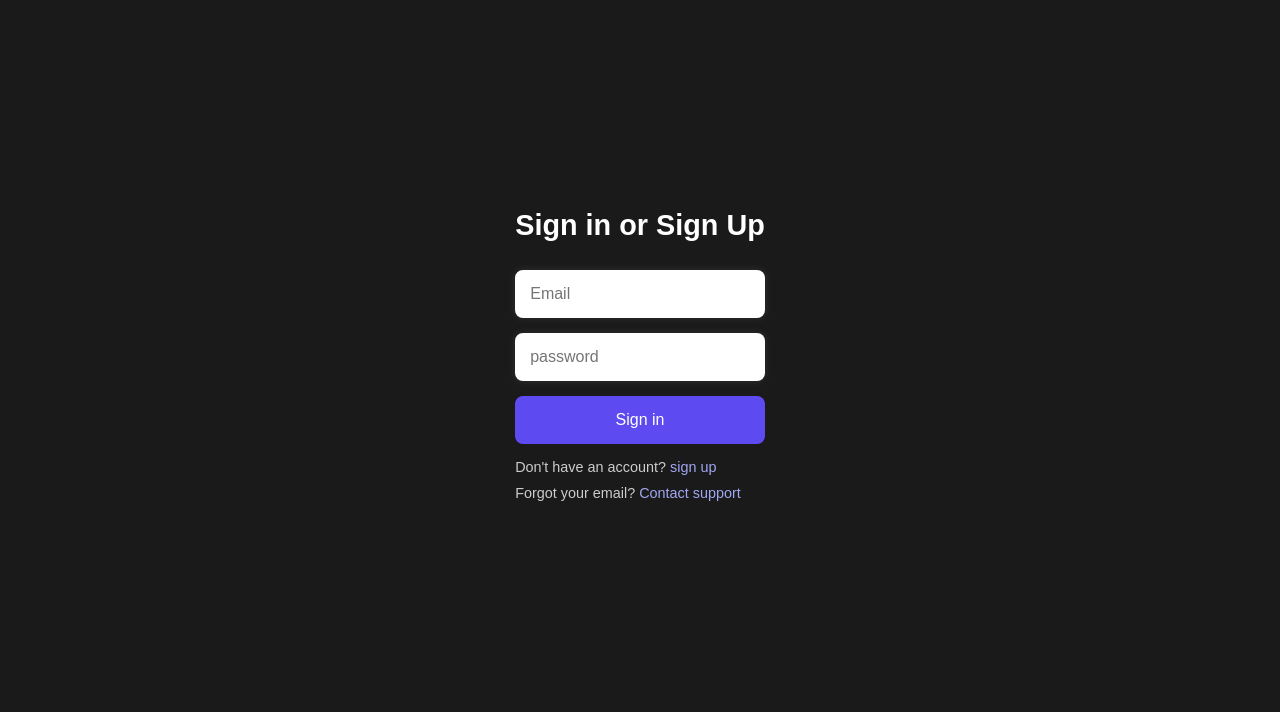
Repository: cmd-keyu/mobileppsh
Page: pages/login.html
The author's editor kept a copy of each file at every save. The page is drawn from the files as they stood at one save, then again after the next save.
The browser window is 1280 px wide. The pictures show the whole page.

Above is the page before, as saved 2024-11-12 00:17:30.

### pages/login.html
<!DOCTYPE html>
<html lang="en">
<head>
  <meta charset="UTF-8">
  <meta name="viewport" content="width=device-width, initial-scale=1.0">
  <title>Sign In Form</title>
  <link rel="stylesheet" href="../css/login.css">
  <script src="../javascript/login.js" defer></script>
</head>
<body>
  <div class="container">
    <div class="glow-box">
      <h2 style="color: white;">Sign in or Sign Up</h2>
      <br>
      <!-- <p>All that is required is only your email for sign-up or sign-in!!</p> -->
      <form action="account.html">
        <div class="sign-up">
            <input type="text" placeholder="name" class="disabled-btn">
            <br>
            <br>
            <input type="text" placeholder="address (Optional)">
            <br>
            </div>
        <input type="email" placeholder="Email" required>
        <input type="password" placeholder="password" required>
        <button type="submit" class="sign-in-btn-hide">Sign in</button>
        <button type="submit" class="sign-up-btn-hide">Sign up</button>
      </form>
      <div class="support">
        <p class="sign-up-text-hide">Don't have an account? <label for="sign-up-btn" class="colorsnup">sign up</label><button class="sign-up-btn hide-btn2" id="sign-up-btn">sign up</button></p>
        <p class="sign-in-text-hide">Already have an account? <label for="sign-in-btn" class="colorsnup">sign in</label><button class="sign-in-btn hide-btn2" id="sign-in-btn">sign in</button></p>
        <p>Forgot your email? <a href="#">Contact support</a></p>
      </div>
    </div>
  </div>
</body>
</html>

### css/login.css
* {
    margin: 0;
    padding: 0;
    box-sizing: border-box;
    font-family: Arial, sans-serif;
  }

  body {
    display: flex;
    justify-content: center;
    align-items: center;
    height: 100vh;
    background-color: #1a1a1a;
  }

  .container {
    display: flex;
    justify-content: center;
    align-items: center;
    height: 100%;
  }

  .glow-box::before {
    content: '';
    position: absolute;
    top: 50%;
    left: 50%;
    width: 500px;
    height: 500px;
    background: radial-gradient(circle, black, white, transform);
    transform: translate(-50%, -50%);
    z-index: -1;
    border-radius: 50%;
    filter: blur(50px);
  }

  h2 {
    font-size: 1.8em;
    margin-bottom: 10px;
  }
  label:hover{

    text-decoration: underline;

  }

  p {
    margin-bottom: 10px;
    font-size: 0.9em;
    color: #ccc;
  }

  form {
    display: flex;
    flex-direction: column;
    gap: 15px;
  }

  input[type="email"] {
    padding: 15px;
    font-size: 1em;
    border: none;
    border-radius: 8px;
    outline: none;
    width: 100%;
    box-shadow: 0 0 8px rgba(255, 255, 255, 0.1);
  }
  input[type="password"] {
    padding: 15px;
    font-size: 1em;
    border: none;
    border-radius: 8px;
    outline: none;
    width: 100%;
    box-shadow: 0 0 8px rgba(255, 255, 255, 0.1);
  }

  input[type="text"] {
    padding: 15px;
    font-size: 1em;
    border: none;
    border-radius: 8px;
    outline: none;
    width: 100%;
    box-shadow: 0 0 8px rgba(255, 255, 255, 0.1);
  }

  button {
    padding: 15px;
    font-size: 1em;
    background-color: #5e4af1;
    color: #fff;
    border: none;
    border-radius: 8px;
    cursor: pointer;
    transition: background 0.3s;
  }

  button:hover {
    background-color: #4a3bdb;
  }

  .support {
    margin-top: 15px;
  }

  .support a {
    color: #a1a7f1;
    text-decoration: none;
  }

  .support a:hover {
    text-decoration: underline;
  }

  .sign-up{
    display: none;
  }

  .colorsnup{
    color: #a1a7f1;
  }

  .sign-up-btn-hide{
    display: none;
  }

  .hide-btn2{
    display: none;
  }

  .sign-in-text-hide{
    display: none;
  }

### javascript/login.js

const sign_up = document.querySelector('.sign-up')
const sign_up_btn = document.querySelector('.sign-up-btn')
const sign_in_btn = document.querySelector('.sign-in-btn')
const sign_in_btn_hide = document.querySelector('.sign-in-btn-hide')
const sign_up_btn_hide = document.querySelector('.sign-up-btn-hide')
const sign_in_text_hide = document.querySelector('.sign-in-text-hide')
const sign_up_text_hide = document.querySelector('.sign-up-text-hide')
const disabled_btn = document.querySelector('.disabled-btn')

sign_up_btn.addEventListener("click", () => {

  sign_up.style.display = 'block'
  sign_in_btn_hide.style.display = 'none'
  sign_up_btn_hide.style.display = 'block'
  sign_in_text_hide.style.display = 'block'
  sign_up_text_hide.style.display = 'none'
  disabled_btn.setAttribute('required', true)

})

sign_in_btn.addEventListener("click", () => {

  sign_up.style.display = 'none'
  sign_in_btn_hide.style.display = 'block'
  sign_up_btn_hide.style.display = 'none'
  sign_in_text_hide.style.display = 'none'
  sign_up_text_hide.style.display = 'block'
  disabled_btn.setAttribute('required', false)

})

After the next save:
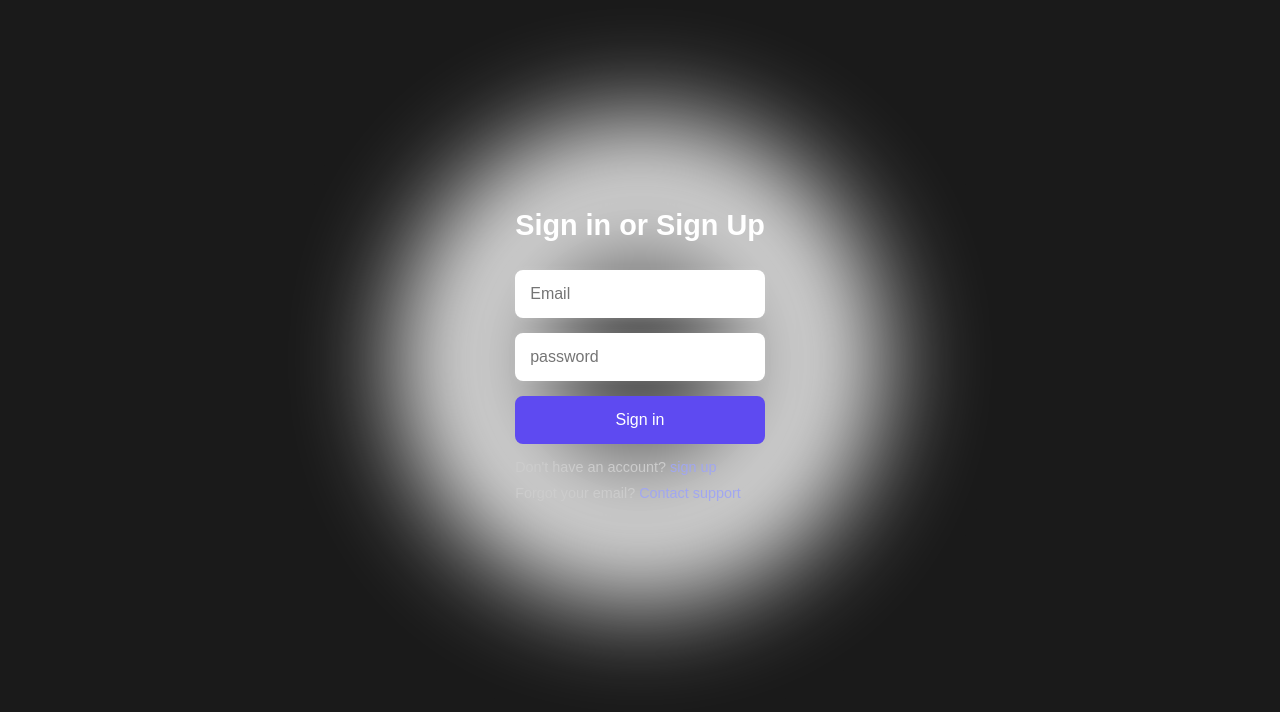
Saved 4 s later.
--- a/css/login.css
+++ b/css/login.css
@@ -27,7 +27,7 @@
     left: 50%;
     width: 500px;
     height: 500px;
-    background: radial-gradient(circle, black, white, transform);
+    background: radial-gradient(circle, black, white, transparent);
     transform: translate(-50%, -50%);
     z-index: -1;
     border-radius: 50%;
